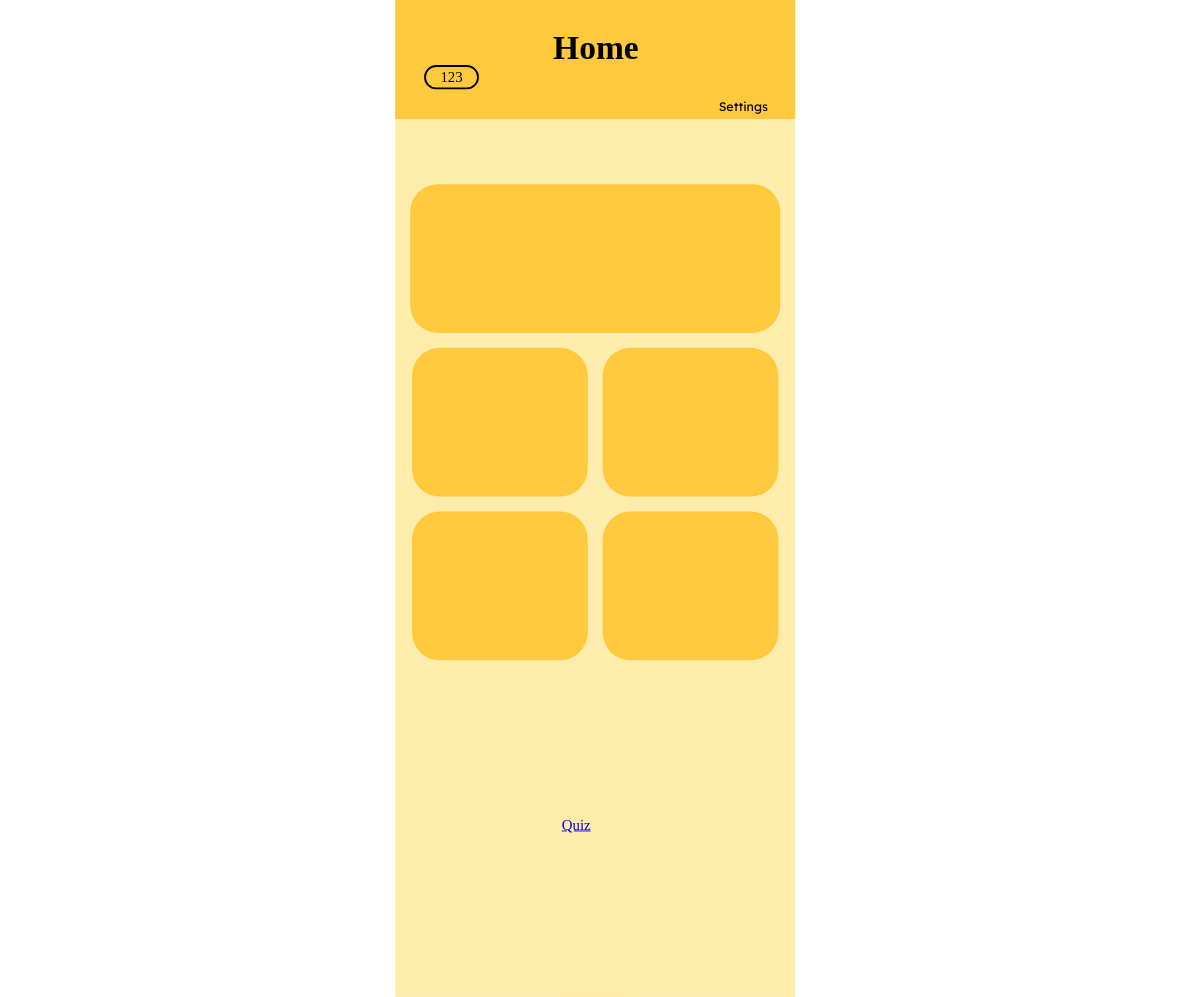
Repository: kellyzyhuang/HiveFive
Page: /
These files come from the project's save history. The page is drawn as it stood at one moment and after the next save; the edit follows.
The browser window is 1280 px wide. The page is 1282 px wide, so the pictures cover 1282 px, including what lies to the right of the window. The pictures show the whole page, at 93% of full size.
Some web fonts or font styles are not loaded; a fallback is used. The project was rebuilt for these pictures with package versions that can differ from the ones it lists, and the page was loaded fresh each time. The framework's server and built-in components were replaced by stand-ins that run in the browser. Also part of the build but not shown: next.config.js.

Above is the page before, as saved 2024-04-07 19:19:00.

After the next save:
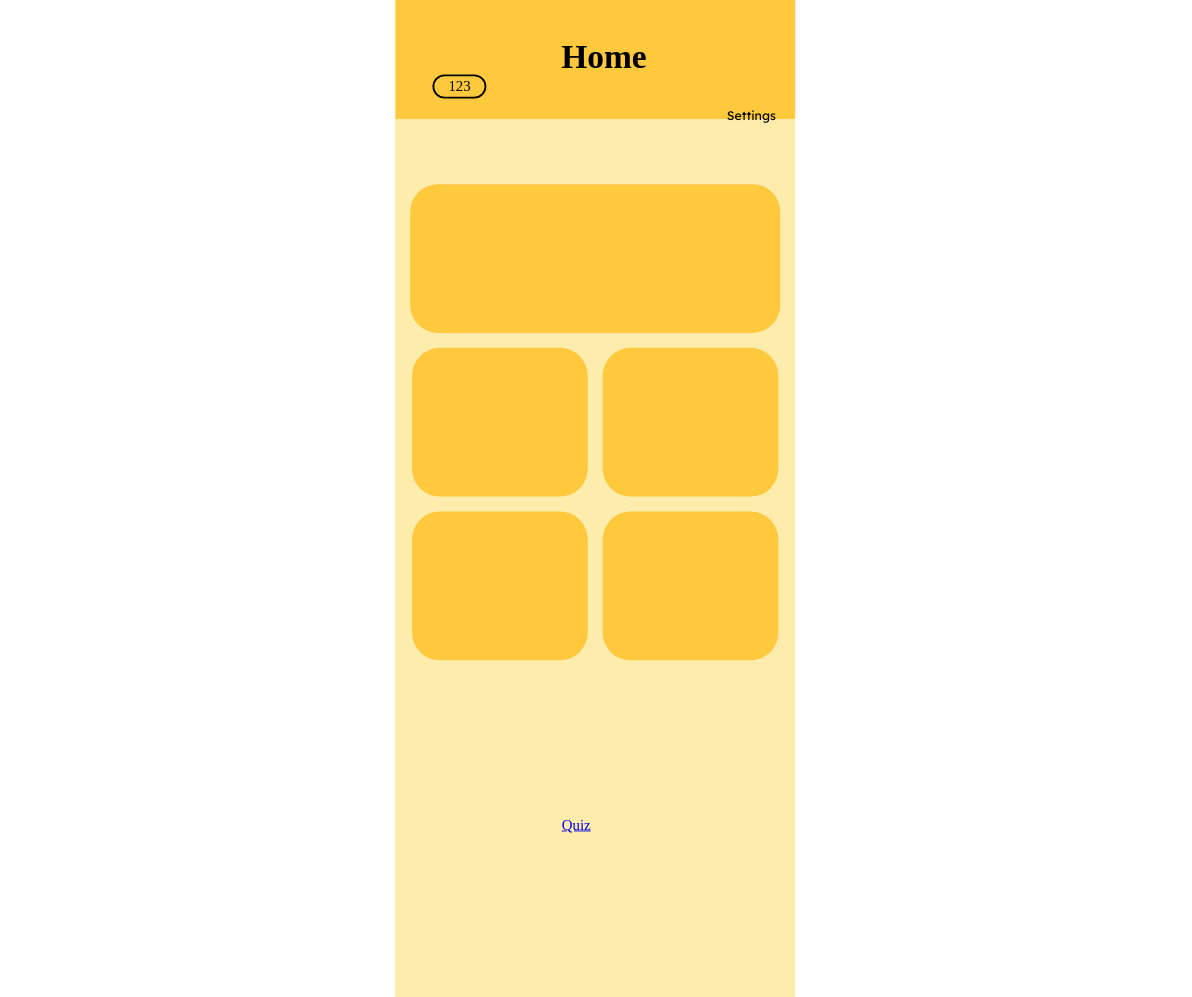
Saved 11 min 18 s later.
--- a/components/Header/Header.module.css
+++ b/components/Header/Header.module.css
@@ -6,8 +6,7 @@
   top: 0;
   z-index: 1000;
   display: flex;
-  justify-content: center;
-  align-items: center;
+  justify-content: space-between
 }
 
 .list {
